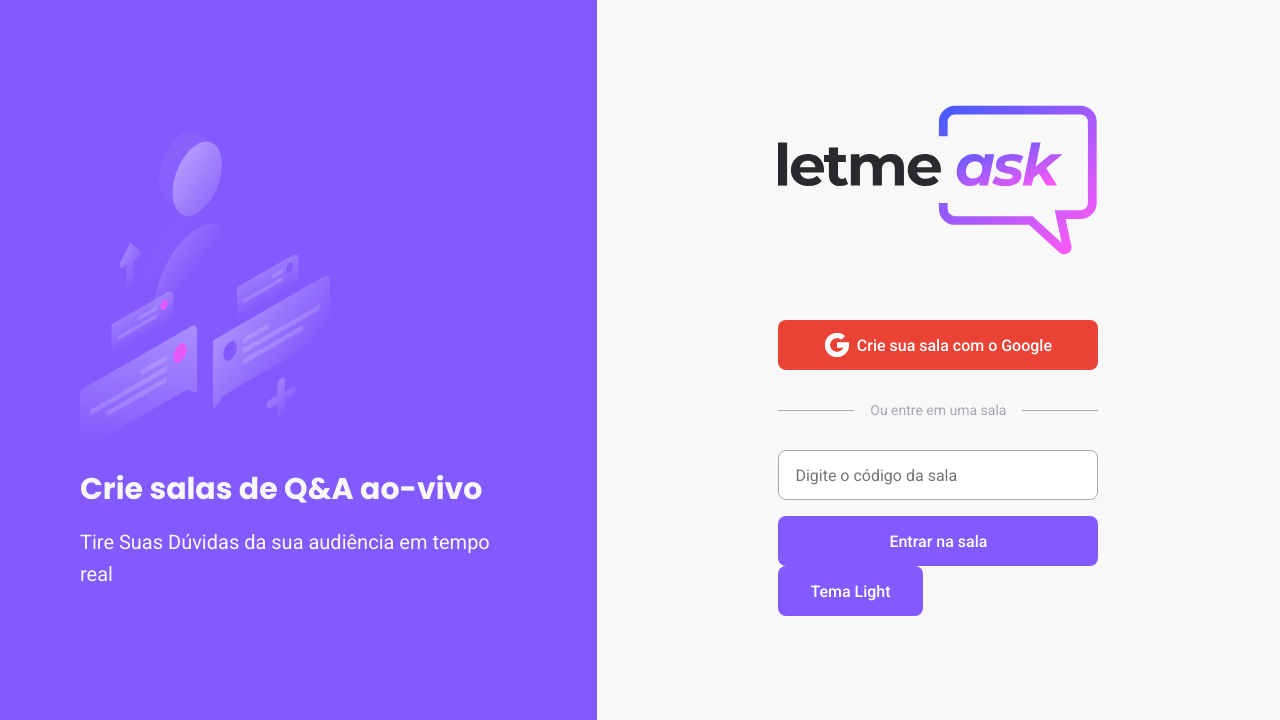
Repository: luisbisp/letmeask
Page: /
An editor plug-in stored every save of this project. The page is shown before and after the next save, followed by the edit.
The browser window is 1280 px wide. The pictures show the whole page.
The project was rebuilt for these pictures with package versions that can differ from the ones it lists, and the page was loaded fresh each time. Also part of the build but not shown: src/pages/NewRoom.tsx, src/styles/question.scss, src/components/Question.tsx, src/styles/room-code.scss, src/components/RoomCode.tsx, src/hooks/useRoom.ts, src/styles/room.scss, src/pages/Room.tsx and 1 more.

Above is the page before, as saved 2021-07-05 11:42:36.

### public/index.html
<!DOCTYPE html>
<html lang="en">

<head>
  <meta charset="UTF-8" />
  <meta name="viewport" content="width=device-width, initial-scale=1.0" />

  <link rel="preconnect" href="https://fonts.googleapis.com">
  <link rel="preconnect" href="https://fonts.gstatic.com" crossorigin>
  <link href="https://fonts.googleapis.com/css2?family=Poppins:wght@400;700&family=Roboto:wght@400;500&display=swap"
    rel="stylesheet">

  <title>Letmeask</title>
</head>

<body>
  <noscript></noscript>
  <div id="root"></div>
</body>

</html>

### src/index.tsx
import React from "react";
import ReactDOM from "react-dom";
import App from "./App";

import './services/firebase';
import './styles/global.scss';
ReactDOM.render(
  <React.StrictMode>
    <App />
  </React.StrictMode>,
  document.getElementById("root")
);

### src/App.tsx
import { BrowserRouter, Route, Switch } from "react-router-dom";
import { Home } from "./pages/Home";
import { NewRoom } from "./pages/NewRoom";
import { AuthContextProvider } from './contexts/AuthContext'
import { Room } from "./pages/Room";
import { AdminRoom } from "./pages/AdminRoom";

function App() {
  return (
    <BrowserRouter>
      <AuthContextProvider>
        <Switch>
          <Route path="/" exact component={Home} />
          <Route path="/rooms/new" component={NewRoom} />
          <Route path="/rooms/:id" component={Room} />
          <Route path="/admin/rooms/:id" component={AdminRoom} />
        </Switch>
      </AuthContextProvider>
    </BrowserRouter>
  );
}

export default App;

### src/services/firebase.ts
import firebase from 'firebase/app';
import 'firebase/auth';
import 'firebase/database'
var firebaseConfig = {
  apiKey: process.env.REACT_APP_API_KEY,
  authDomain: process.env.REACT_APP_AUTH_DOMAIN,
  databaseURL: process.env.REACT_APP_DATABASE_URL,
  projectId: process.env.REACT_APP_PROJECT_ID,
  storageBucket: process.env.REACT_APP_STORAGE_BUCKET,
  messagingSenderId: process.env.REACT_APP_MESSAGING_SENDER_ID,
  appId: process.env.REACT_APP_APP_ID
};

firebase.initializeApp(firebaseConfig);

const auth = firebase.auth();
const database = firebase.database();

export { firebase, auth, database }

### src/styles/global.scss
*{
    margin: 0;
    padding: 0;
    box-sizing: border-box;
}

body {
    background: #f8f8f8;
    color: #29292e;
}

body, input, button, textarea {
    font: 400 16px 'roboto', sans-serif;

}

### src/pages/Home.tsx

import { useHistory } from 'react-router-dom';

import illustrationImg from '../assets/images/illustration.svg';
import logoImg from '../assets/images/logo.svg';
import googleIconImg from '../assets/images/google-icon.svg';

import { Button } from '../components/Button'

import '../styles/auth.scss';
import { useAuth } from '../hooks/useAuth';
import { FormEvent, useState } from 'react';
import { database } from '../services/firebase';

import  ThemeChanger  from '../components/ThemeChanger';

export function Home() {
  const history = useHistory();
  const { user, signInWithGoogle } = useAuth();
  const [roomCode, setRoomCode] = useState('');

  async function handleCreateRoom() {
    if (!user) {
      await signInWithGoogle()
    }

    history.push('/rooms/new');
  }

  async function handleJoinRoom(event: FormEvent) {
    event.preventDefault();

    if (roomCode.trim() === ''){
      return;
    }

    const roomRef = await database.ref(`rooms/${roomCode}`).get();

    if (!roomRef.exists()){
      alert('Room does not exists')
      return;
    }

    if (roomRef.val().endedAt){
      alert('Room already closed.');
      return;
    }

    history.push(`/rooms/${roomCode}`);
  }
  return (
    <div id="page-auth">
      <aside>
        <img src={illustrationImg} alt="Ilustração perguntas e respostas" />
        <strong>Crie salas de Q&amp;A ao-vivo</strong>
        <p>Tire Suas Dúvidas da sua audiência em tempo real</p>
      </aside>
      <main>
        <div className="main-content">
          <img src={logoImg} alt="letmeask"></img>
          <button onClick={handleCreateRoom} className="create-room">
            <img src={googleIconImg} alt="Logo do Google" />
            Crie sua sala com o Google
          </button>
          <div className="separator">Ou entre em uma sala</div>
          <form onSubmit={handleJoinRoom}>
            <input
            type="text"
            placeholder="Digite o código da sala"
            onChange={event => setRoomCode(event.target.value)}
            value={roomCode}
            />
            <Button type="submit"> Entrar na sala</Button>
          </form>
          <ThemeChanger/>
        </div>
      </main>
    </div>
  );
}

### src/contexts/AuthContext.tsx
import { createContext, ReactNode, useEffect, useState } from "react";
import { auth, firebase } from "../services/firebase";

type User = {
    id: string;
    name: string;
    avatar: string;
}

type AuthContexType = {
    user: User | undefined;
    signInWithGoogle: () => Promise<void>;
}

type AuthContextProviderProps = {
    children: ReactNode;
}

export const AuthContext = createContext({} as AuthContexType);

export function AuthContextProvider(props: AuthContextProviderProps) {

    const [user, setUser] = useState<User>();

    useEffect(() => {
        const unsubscribe = auth.onAuthStateChanged(user => {
            if (user) {
                const { displayName, photoURL, uid } = user

                if (!displayName || !photoURL) {
                    throw new Error('Missing information from Google Account.')
                }
                setUser({
                    id: uid,
                    name: displayName,
                    avatar: photoURL
                })
            }
        })
        return () => {
            unsubscribe();
        }
    }, [])

    async function signInWithGoogle() {
        const provider = new firebase.auth.GoogleAuthProvider();

        const result = await auth.signInWithPopup(provider);

        if (result.user) {
            const { displayName, photoURL, uid } = result.user

            if (!displayName || !photoURL) {
                throw new Error('Missing information from Google Account.')
            }
            setUser({
                id: uid,
                name: displayName,
                avatar: photoURL
            })
        }

    }

    return (
        <AuthContext.Provider value={{ user, signInWithGoogle }}>
            {props.children}
        </AuthContext.Provider>
    );
}

### src/components/Button.tsx

import { ButtonHTMLAttributes } from "react";
import '../styles/button.scss'

type ButtonProps = ButtonHTMLAttributes<HTMLButtonElement> & {
    isOutlined?: boolean;
};

export function Button( {isOutlined = false, ...props }: ButtonProps) {
    return(
        <button
        className={`button ${isOutlined ? 'outlined' : ''}`}
        {...props}
        />
    )
}

### src/styles/auth.scss
#page-auth{
    display:flex;
    align-items:stretch;
    height: 100vh;


aside{
    flex: 7;
    background: #835afd;
    color: #fff;
    display: flex;
    flex-direction: column;
    justify-content: center;
    padding: 120px 80px;

    img{
        max-width:  250px;
    }
    strong{
        font: 700 30px 'Poppins', sans-serif;
        line-height:42px;
        margin-top: 16px;
        color: #f8f8f8;
    }
    p{
        font-size:20px;
        line-height: 32px;
        margin-top:16px;
        color: #f8f8f8;
    }
}
main{
    flex:8;
    padding: 0 92px;
    display: flex;
    align-items: center;
    justify-content: center;

}

.main-content{
    display: flex;
    flex-direction:column;
    width: 100%;
    max-width: 320px;
    align-items: stretch;
    text-align: center;

    > img {
        align-items: center;
    }

    h2{
        font-size: 24px;
        margin: 64px 0 24px;;
        font-family: 'Poppins', sans-serif;
    }
    form {
        input{
            height:50px;
            border-radius: 8px;
            padding: 0 16px;
            background: #FFF;
            border: 1px solid #a8a8b3;
        }
        button{
            margin-top: 16px;
        }
        button, input {
            width: 100%;
        }
    }
    p{
        font-size:14px;
        color:#737370;
        margin-top:16px;
    }
    a{
        color:#e559f9;
    }
}

}

.create-room{
    margin-top:64px;
    height: 50px;
    border-radius:8px;
    font-weight: 500;
    background: #ea4335;
    color: #fff;
    display:flex;
    justify-content: center;
    align-items: center;
    cursor: pointer;
    border: 0;

    transition: filter 0.2s;
    img {
        margin-right: 8px;
    }

    &:hover{
        filter: brightness(0.9);
    }
}


.separator{
    font-size:14px;
    color:#a8a8b3;
    margin: 32px 0;
    display:flex;
   align-items:center;

   &::before {
    content: '';
    flex: 1;
    height:1px;
    background: #a8a8b3;
    margin-right: 16px;
   }
   &::after{
    content: '';
    flex: 1;
    height:1px;
    background: #a8a8b3;
    margin-left: 16px;
   }
}

.dark-mode{
    background: #121212 !important;
    color: #fff !important;

}

### src/hooks/useAuth.ts
import { useContext } from 'react';
import { AuthContext } from '../contexts/AuthContext';

export function useAuth() {
    const value = useContext(AuthContext);
    return value;
}

### src/components/ThemeChanger.tsx
import React, { useState, useEffect } from 'react'
import { Button } from '../components/Button'


const ThemeChanger = () => {

    const [themeState, setThemeState] = useState(false);

    const handleChange = () => {
      setThemeState(!themeState);
      if (themeState) {
        localStorage.setItem('Theme', 'dark');
        document.body.classList.add('dark-mode');
      } else {
        localStorage.setItem('Theme', 'light');
        document.body.classList.remove('dark-mode');
      }
    }
    useEffect(() => {
      const getTheme = localStorage.getItem('Theme');
      if (getTheme === 'dark') return  document.body.classList.add('dark-mode');
    })
    return (
      <div>
        <Button  onClick={handleChange}>{themeState ? 'Tema Dark' : ' Tema Light'}</Button>
      </div>
    )
  }

  export default ThemeChanger;

### src/styles/button.scss
.button{

    height: 50px;
    border-radius:8px;
    font-weight: 500;
    background: #835afd;
    color: #fff;
    padding: 0 32px;
    display:flex;
    justify-content: center;
    align-items: center;
    cursor: pointer;
    border: 0;

    transition: filter 0.2s;
    img {
        margin-right: 8px;
    }

    &.outlined{
        background: #fff;
        border: 1px solid #835afd;
        color: #835afd;
    }

    &:not(:disabled):hover{
        filter: brightness(0.9);
    }

    &:disabled{
        opacity: 0.6;
        cursor: not-allowed;
    }
}

After the next save:
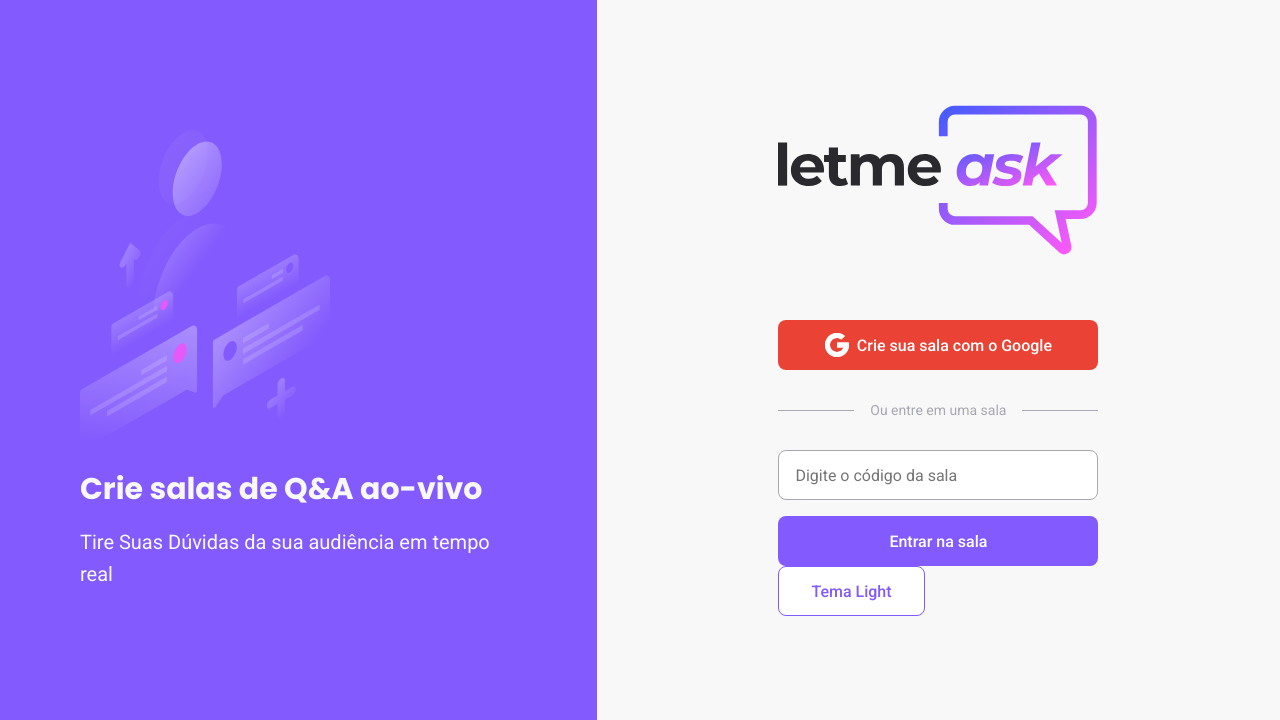
Saved 10 s later.
--- a/src/components/ThemeChanger.tsx
+++ b/src/components/ThemeChanger.tsx
@@ -22,7 +22,7 @@
     })
     return (
       <div>
-        <Button  onClick={handleChange}>{themeState ? 'Tema Dark' : ' Tema Light'}</Button>
+        <Button isOutlined onClick={handleChange}>{themeState ? 'Tema Dark' : ' Tema Light'}</Button>
       </div>
     )
   }
